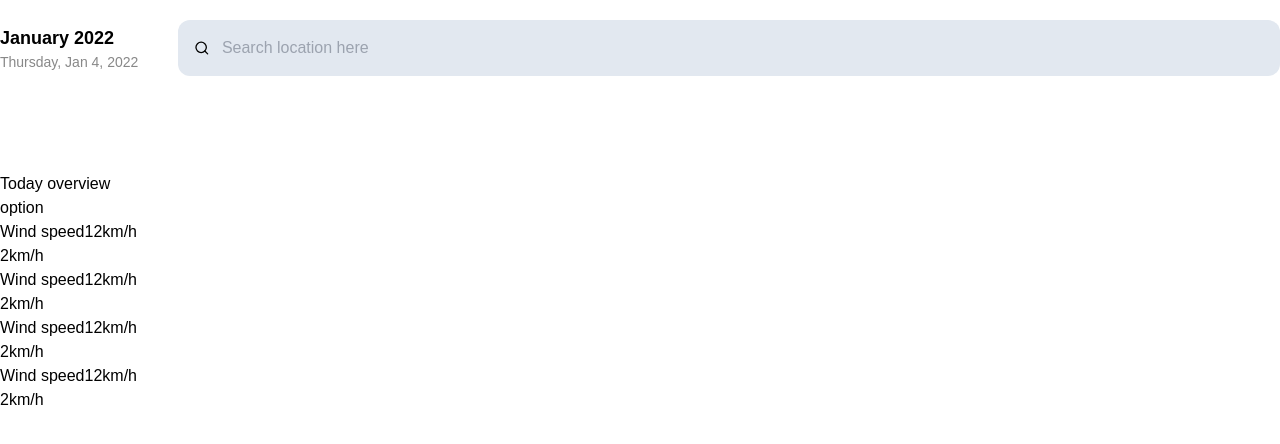
Repository: theweirdboiz/datawarehouse-ui
Page: /
These files come from the project's save history. The page is drawn as it stood at one moment and after the next save; the edit follows.
The browser window is 1280 px wide. The pictures show the whole page.
The project was rebuilt for these pictures with package versions that can differ from the ones it lists, and the page was loaded fresh each time. Also part of the build but not shown: vite.config.js.

Above is the page before, as saved 2022-11-23 16:10:02.

### index.html
<!DOCTYPE html>
<html lang="en">
  <head>
    <meta charset="UTF-8" />
    <link rel="icon" type="image/svg+xml" href="/vite.svg" />
    <meta name="viewport" content="width=device-width, initial-scale=1.0" />
    <title>Weather - Datawarehouse</title>
  </head>
  <body>
    <div id="root"></div>
    <script type="module" src="/src/main.jsx"></script>
  </body>
</html>

### src/App.jsx
import { useState } from "react";
import { FiSearch } from "react-icons/fi";
function App() {
  const date = "font-[900] text-lg";
  const detailDate = "text-sm text-[#888]";

  return (
    <div className="container mx-auto">
      <div className="">
        <section className="content">
          <div className="mt-[20px] flex items-center gap-x-10 mb-24">
            <div className="flex-col">
              <h3 className={date}>January 2022</h3>
              <div className={detailDate}>Thursday, Jan 4, 2022</div>
            </div>
            <div className="content__search p-4 flex items-center gap-x-3 flex-1 rounded-xl bg-slate-200">
              <FiSearch />
              <input
                className="w-full bg-transparent"
                type="text"
                placeholder="Search location here"
              />
            </div>
          </div>
          <div className="content__detail">
            <div className="">
              <h4>Today overview</h4>
              <div className="">option</div>
              <div className="content__detail-box">
                <div className="content__detail-item">
                  <i></i>
                  <div className="speed">
                    Wind speed
                    <span>12km/h</span>
                  </div>
                  <span>2km/h</span>
                </div>
                <div className="content__detail-item">
                  <i></i>
                  <div className="speed">
                    Wind speed
                    <span>12km/h</span>
                  </div>
                  <span>2km/h</span>
                </div>
                <div className="content__detail-item">
                  <i></i>
                  <div className="speed">
                    Wind speed
                    <span>12km/h</span>
                  </div>
                  <span>2km/h</span>
                </div>
                <div className="content__detail-item">
                  <i></i>
                  <div className="speed">
                    Wind speed
                    <span>12km/h</span>
                  </div>
                  <span>2km/h</span>
                </div>
              </div>
            </div>
          </div>
        </section>
      </div>
    </div>
  );
}

export default App;

### src/index.scss
@tailwind base;
@tailwind components;
@tailwind utilities;

@layer base {
  @import url("https://fonts.googleapis.com/css2?family=Poppins:wght@300;500;600;900&display=swap");

  *,
  *::before,
  *::after {
    box-sizing: border-box;
  }
  * {
    margin: 0;
    padding: 0;
  }
  body {
    line-height: 1.5;
    font-family: "Poppins", sans-serif;
  }
  img,
  picture,
  video,
  canvas,
  svg {
    display: block;
    max-width: 100%;
  }
  input,
  button,
  textarea,
  select {
    outline: none;
  }
  p,
  h1,
  h2,
  h3,
  h4,
  h5,
  h6 {
    overflow-wrap: break-word;
  }
}

Loaded but not shown: src/main.jsx (common file); tailwind.config.cjs (common file)

After the next save:
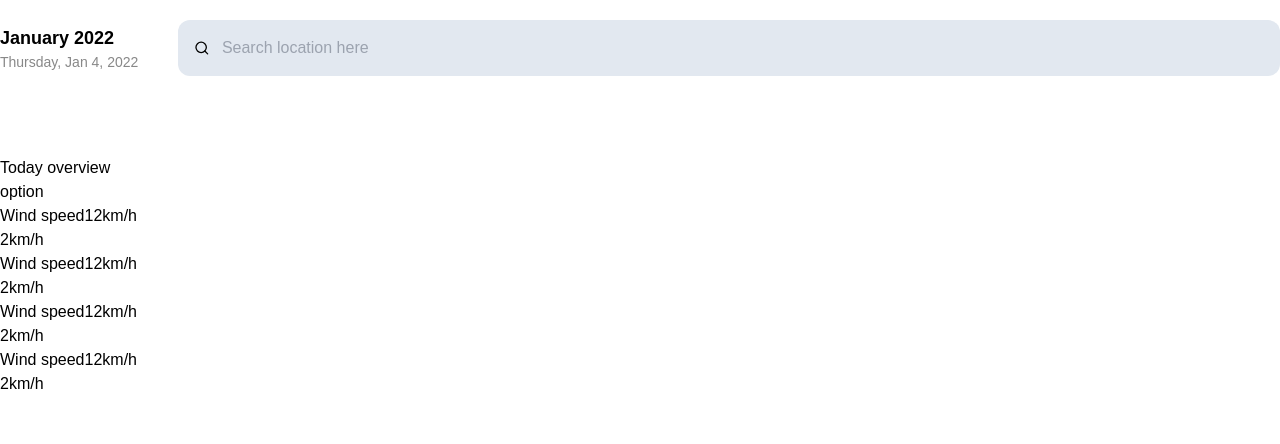
Saved 4 s later.
--- a/src/App.jsx
+++ b/src/App.jsx
@@ -8,7 +8,7 @@ function App() {
     <div className="container mx-auto">
       <div className="">
         <section className="content">
-          <div className="mt-[20px] flex items-center gap-x-10 mb-24">
+          <div className="mt-[20px] flex items-center gap-x-10 mb-20">
             <div className="flex-col">
               <h3 className={date}>January 2022</h3>
               <div className={detailDate}>Thursday, Jan 4, 2022</div>
